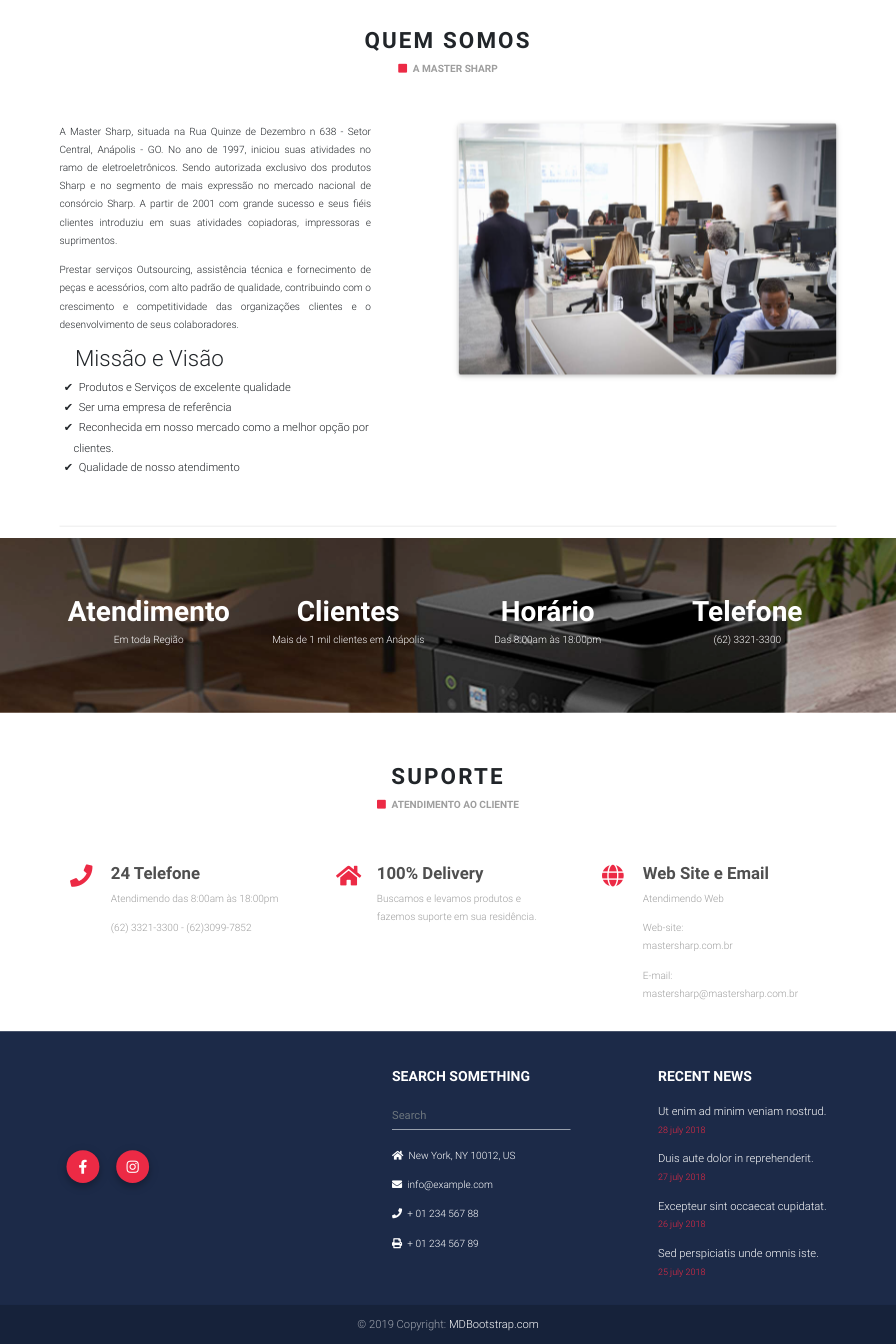
Repository: SalomaoMiguel/mastshap
Page: html/index.html
These files come from the project's save history. The page is drawn as it stood at one moment and after a run of saves; the edit follows.
The browser window is 1280 px wide. The pictures show the part of the page from y = 1373 to 3293 px (the page is 3293 px tall), at 70% of full size.
Some web libraries are served in a nearby version.

Above is the page before, as saved 2021-02-17 15:30:47.

After the next 2 saves:
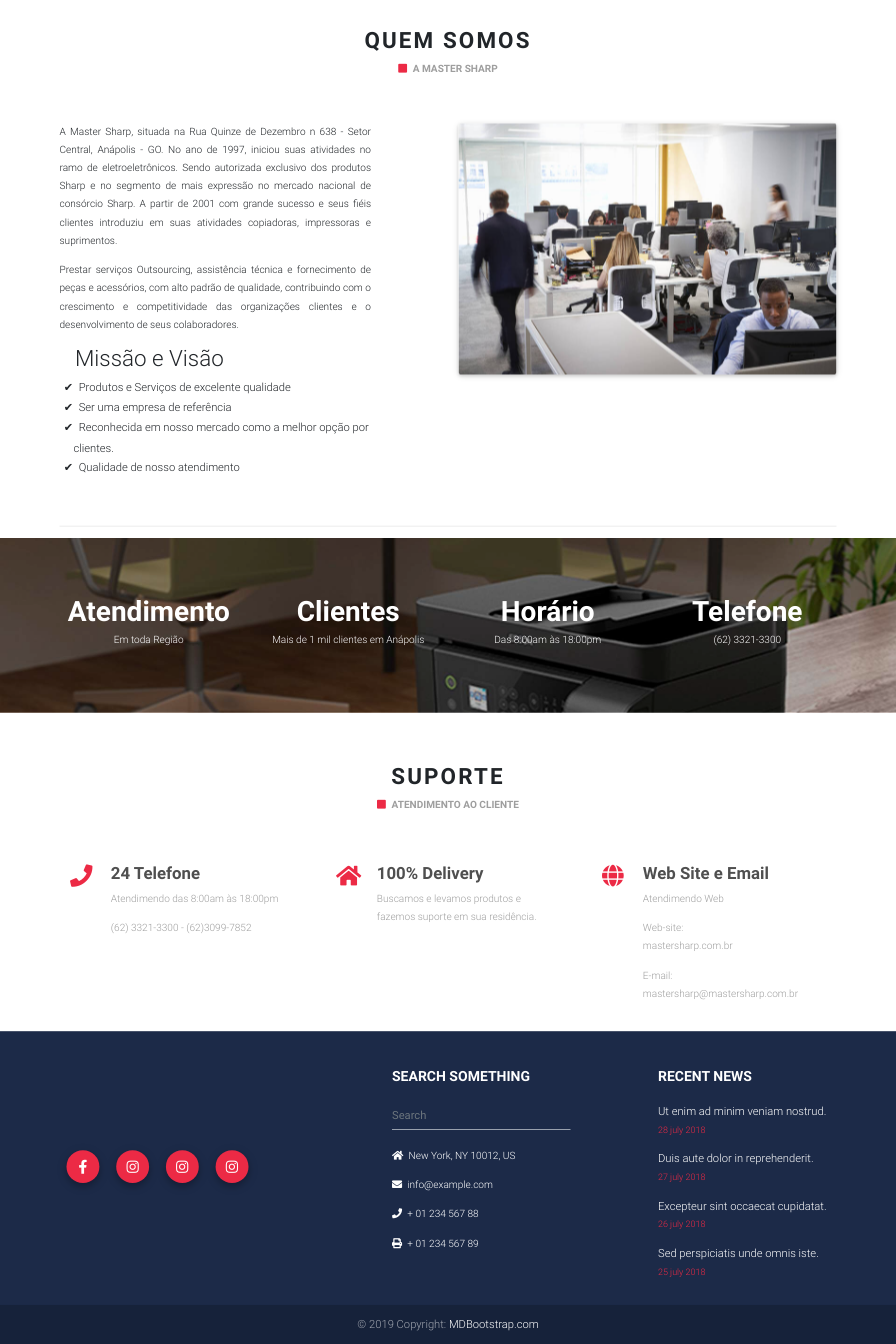
The 2 saves are shown as one change because they came seconds apart.
The last was saved 5 s later.
--- a/html/index.html
+++ b/html/index.html
@@ -398,6 +398,8 @@
             <a    href="https://www.facebook.com/mastersharp.aps/"  type="button" class="btn-floating  btn-danger-2"><i class="fab fa-facebook-f"></i></a>
             <!--Dribbble-->
             <a  href="https://www.instagram.com/master.sharp/" type="button" class="btn-floating  btn-danger-2"><i class="fab fa-instagram"></i></a>
+            <a  href="https://www.instagram.com/master.sharp/" type="button" class="btn-floating  btn-danger-2"><i class="fab fa-instagram"></i></a>
+            <a  href="https://www.instagram.com/master.sharp/" type="button" class="btn-floating  btn-danger-2"><i class="fab fa-instagram"></i></a>
           </div>
         </div>
         <!--/First column-->
